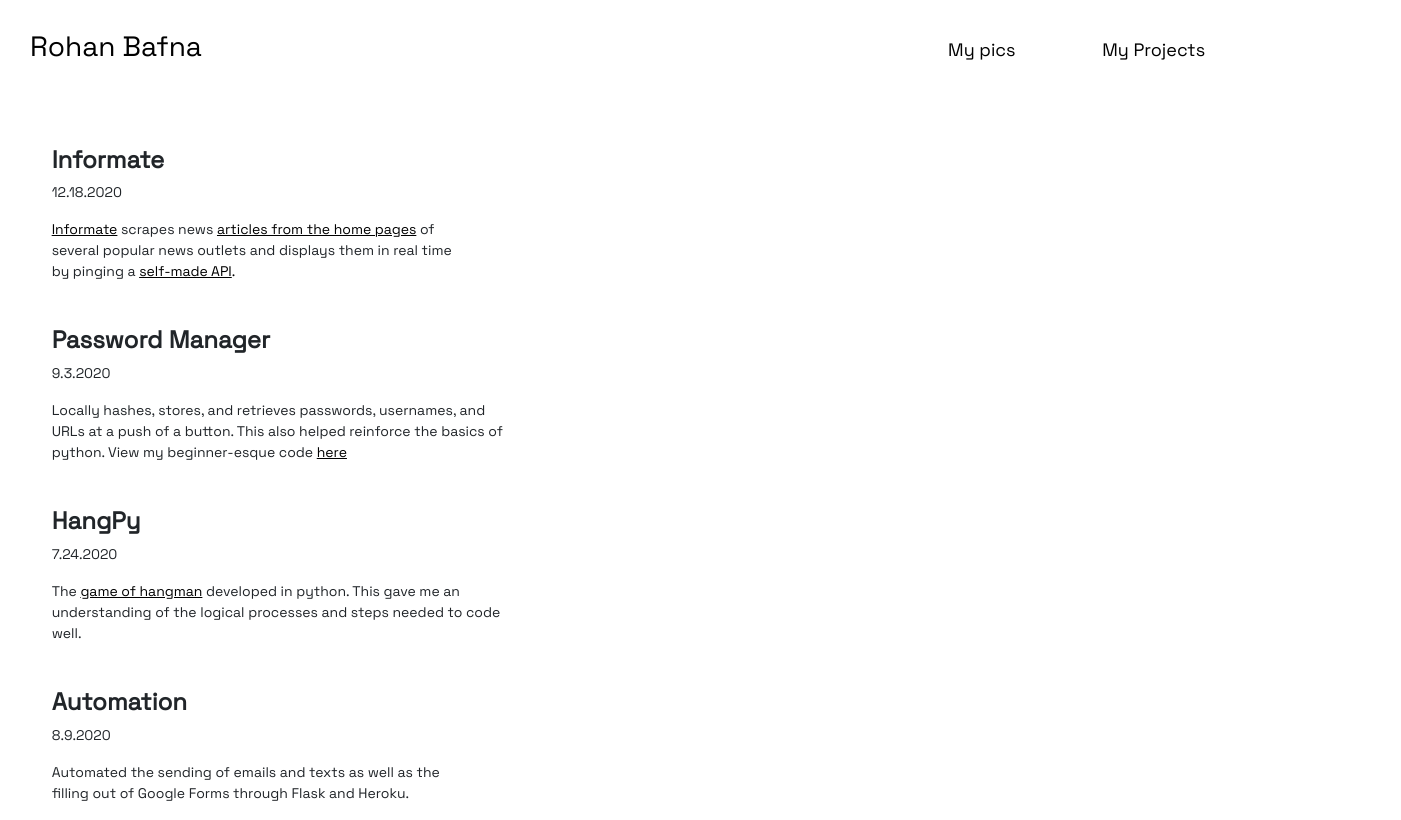
Repository: rbafna6507/rbafna6507.github.io
Page: actualprojects.html
An editor plug-in stored every save of this project. The page is shown before and after the next save, followed by the edit.
The browser window is 1280 px wide. The page is 1351 px wide, then 1401 px, then 1351 px, so the pictures cover 1401 px, including what lies to the right of the window. The pictures show the whole page.

Above is the page before, as saved 2020-12-20 21:31:16.

After the next save:
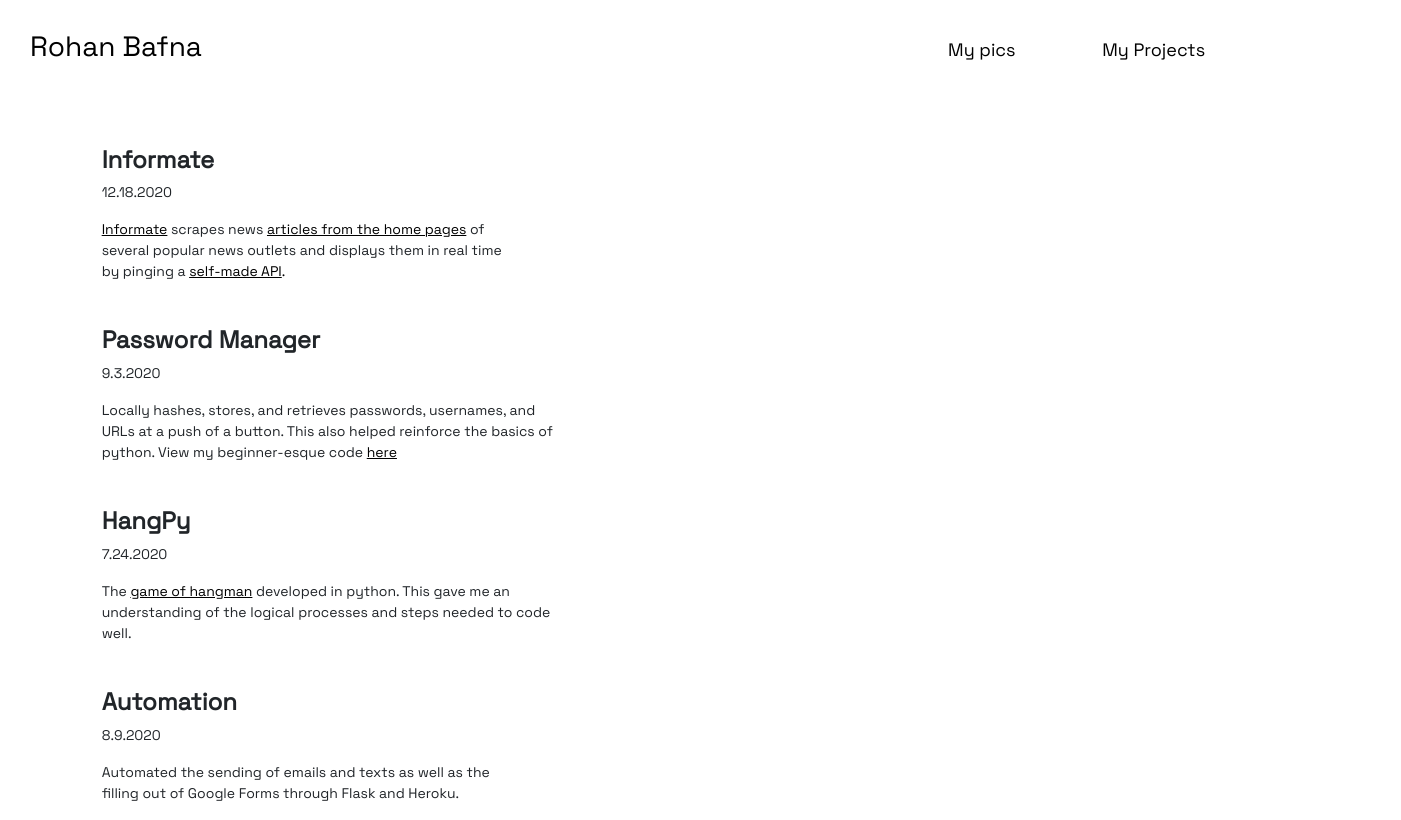
Saved 26 s later.
--- a/projects.css
+++ b/projects.css
@@ -81,7 +81,7 @@
 
   .col-4 {
     position: relative;
-    margin-right:200px;
+    margin-right:100px;
     top: 100px;
   }
 

After the save that followed:
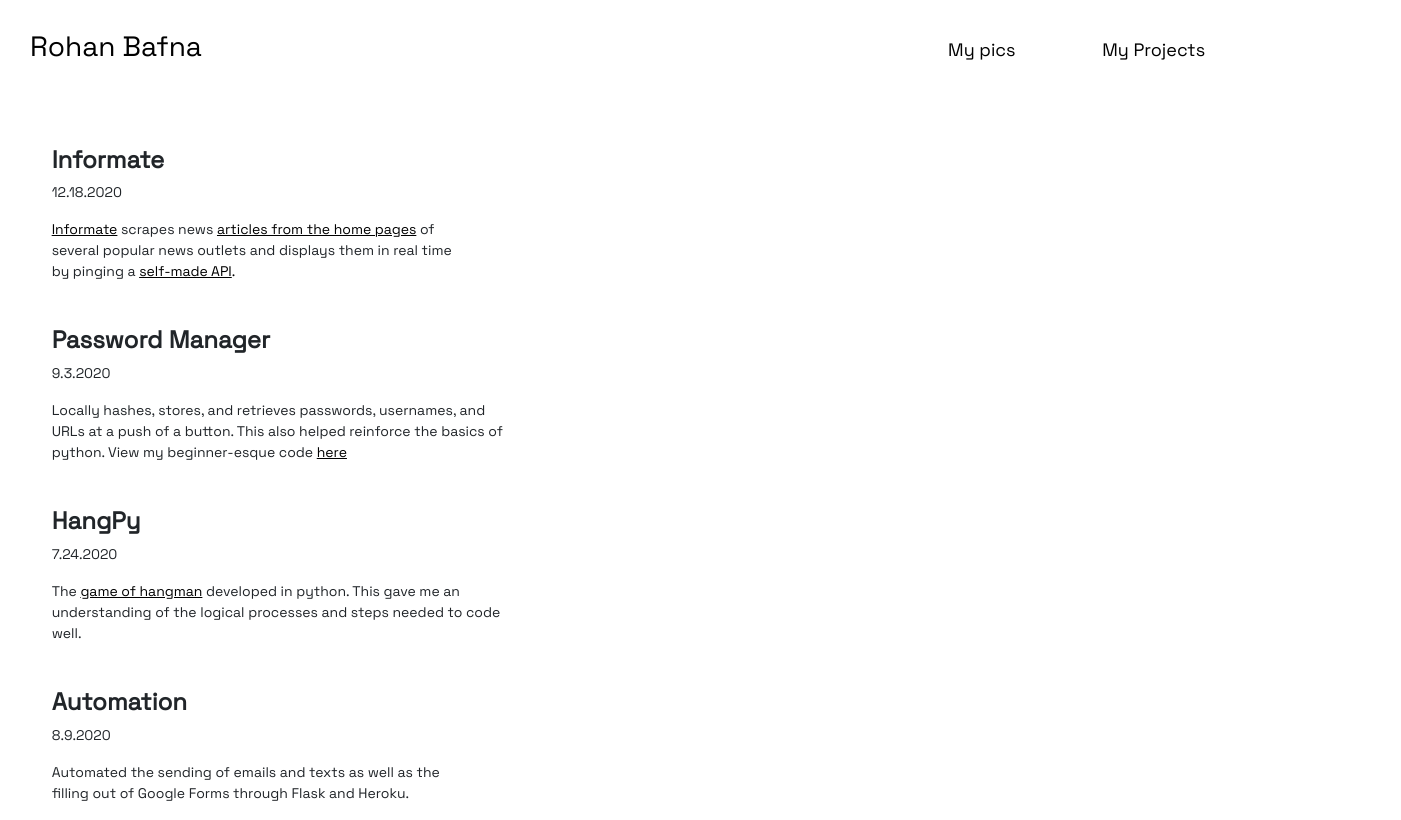
Saved 8 s later.
--- a/projects.css
+++ b/projects.css
@@ -81,7 +81,7 @@
 
   .col-4 {
     position: relative;
-    margin-right:100px;
+    margin-right:200px;
     top: 100px;
   }
 
